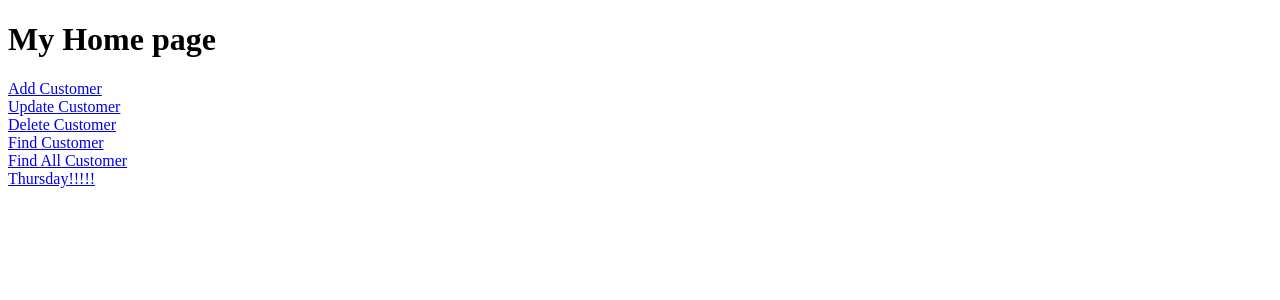
Repository: dan-10/Deloitte
Page: DeloitteTrainig/SpringMVCDemo/WebContent/Index.html
The author's editor kept a copy of each file at every save. The page is drawn from the files as they stood at one save, then again after the next save.
The browser window is 1280 px wide. The pictures show the whole page.

Above is the page before, as saved 2019-08-01 11:09:06.

### DeloitteTrainig/SpringMVCDemo/WebContent/Index.html
<!DOCTYPE html>
<html>
<head>
<meta charset="ISO-8859-1">
<title>Insert title here</title>
</head>
<body>
<h1>My Home page</h1>
<a href = "Add.do" target = "_blank">Add Customer</a><br>
<a href = "Update.do" target = "_blank">Update Customer</a><br>
<a href = "Delete.do" target = "_blank">Delete Customer</a><br>
<a href = "Find.do" target = "_blank">Find Customer</a><br>
<a href = "FindAll.do" target = "_blank">Find All Customer</a><br>
<a href = "doSome.do" target = "_blank">Thursday!!!!!</a>


</body>
</html>

After the next save:
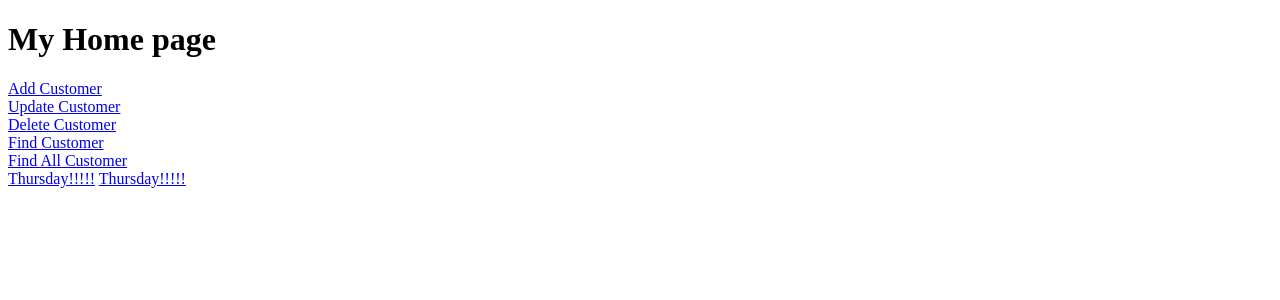
Saved 97 s later.
--- a/DeloitteTrainig/SpringMVCDemo/WebContent/Index.html
+++ b/DeloitteTrainig/SpringMVCDemo/WebContent/Index.html
@@ -12,7 +12,7 @@
 <a href = "Find.do" target = "_blank">Find Customer</a><br>
 <a href = "FindAll.do" target = "_blank">Find All Customer</a><br>
 <a href = "doSome.do" target = "_blank">Thursday!!!!!</a>
-
+<a href = "addCustomer.do" target = "_blank">Thursday!!!!!</a>
 
 </body>
 </html>
